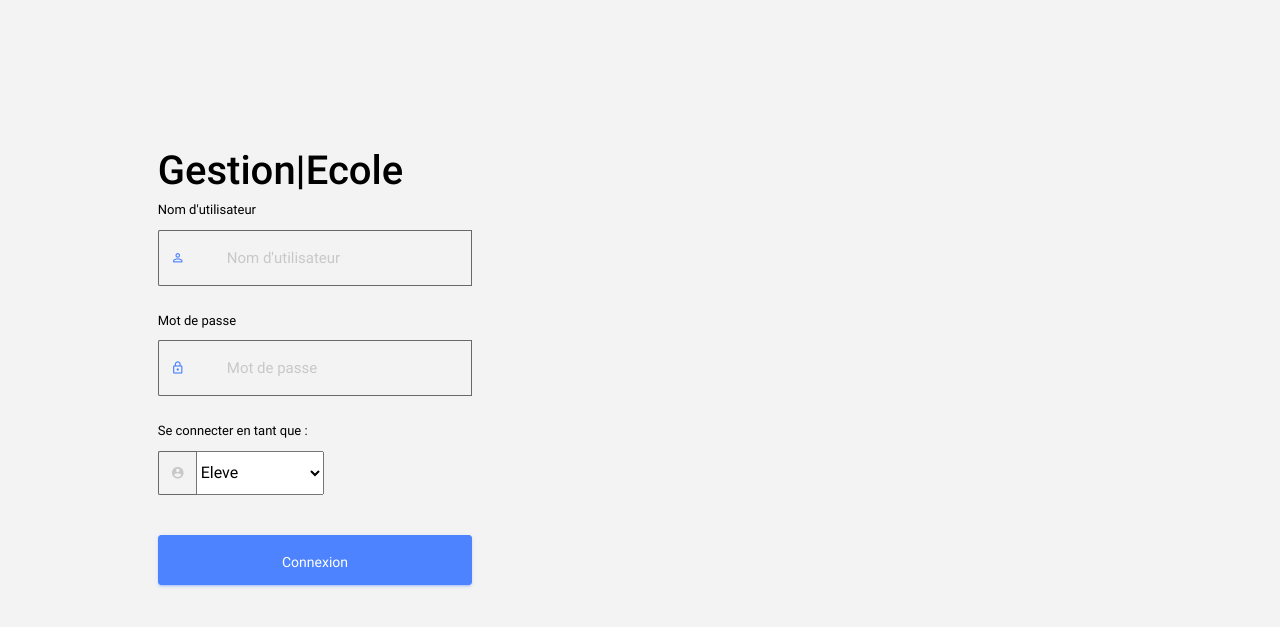
Repository: Ashley-23/ProjetFinal
Page: http://localhost/accueil
An editor plug-in stored every save of this project. The page is shown before and after a run of saves, followed by the edit.
The browser window is 1280 px wide. The pictures show the whole page.
The page is served by the project's Laravel application, run on PHP 8.4 with Laravel 8. Other server files are loaded and not shown.

Above is the page before, as saved 2021-09-23 16:10:20.
Console error: TypeError: $.cookie is not a function

### resources/views/connexion.blade.php
<!DOCTYPE html>
<html lang="en">

<head>
  <!-- Required meta tags -->
  <meta charset="utf-8">
  <meta name="viewport" content="width=device-width, initial-scale=1, shrink-to-fit=no">
  <title>Majestic Admin</title>
  <!-- plugins:css -->
  <link rel="stylesheet" href="{{asset('Majestic/vendors/mdi/css/materialdesignicons.min.css')}}">
  <link rel="stylesheet" href="{{asset('Majestic/vendors/base/vendor.bundle.base.css')}}">

  <!-- endinject -->
  <!-- plugin css for this page -->
  <!-- End plugin css for this page -->
  <!-- inject:css -->

  <link rel="stylesheet" href="{{asset('Majestic/css/style.css')}}">
  {{-- <link rel="stylesheet" href="{{asset('../../css/style.css')}}"> --}}
  <!-- endinject -->
  <link rel="shortcut icon" href="{{asset('Majestic/images/favicon.png')}}" />
  {{-- <link rel="shortcut icon" href="{{asset('../../images/favicon.png')}}" /> --}}
</head>

<body>

<style>
    .error {
        color: red;
        font-weight: bold;
        font-style: italic;
    }
</style>

  <div class="container-scroller">
    <div class="container-fluid page-body-wrapper full-page-wrapper">
      <div class="content-wrapper d-flex align-items-stretch auth auth-img-bg">
        <div class="row flex-grow">
          <div class="col-lg-6 d-flex align-items-center justify-content-center">
            <div class="auth-form-transparent text-left p-3">
         <form  action="{{route('loginController')}}">
              <div class="brand-logo">
                {{-- <img src="{{asset('Majestic/images/logo.svg')}}" alt="logo"> --}}
              </div>

              <h1>Gestion|Ecole</h1>

              {{-- <h4>Welcome back!</h4> --}}
              {{-- <h6 class="font-weight-light">Happy to see you again!</h6> --}}
              {{-- <form  action="{{route('loginController')}}"> --}}
                {{-- <form action="{{route('vue_superadmin_addclasse')}}" method="POST"> --}}
                <div class="form-group">
                  <label for="exampleInputEmail">Nom d'utilisateur</label>
                  <div class="input-group">
                    <div class="input-group-prepend bg-transparent">
                      <span class="input-group-text bg-transparent border-right-0">
                        <i class="mdi mdi-account-outline text-primary"></i>
                      </span>
                    </div>
                    <input type="text" class="form-control form-control-lg border-left-0" id="exampleInputEmail" placeholder="Nom d'utilisateur" name="login">
                  </div>
                  <p>{!! $errors->first('login','<span class="error">:message </span>') !!}</p>
                </div>
                <div class="form-group">
                  <label for="exampleInputPassword">Mot de passe</label>
                  <div class="input-group">
                    <div class="input-group-prepend bg-transparent">
                      <span class="input-group-text bg-transparent border-right-0">
                        <i class="mdi mdi-lock-outline text-primary"></i>
                      </span>
                    </div>
                    <input type="password" class="form-control form-control-lg border-left-0" id="exampleInputPassword" placeholder="Mot de passe" name="password">

                  </div>
                  {!! $errors->first('password','<span class="error">:message </span>') !!}
                </div>

                <div class="form-group">
                    <label for="exampleInputPassword">Se connecter en tant que : </label>
                    <div class="input-group">
                      <div class="input-group-prepend bg-transparent">
                        <span class="input-group-text bg-transparent border-right-0">
                            <i class="mdi mdi-account-circle"></i>
                          {{-- <i class="mdi mdi-lock-outline text-primary"></i> --}}
                        </span>
                      </div>
                      {{-- <input type="password" class="form-control form-control-lg border-left-0" id="exampleInputPassword" placeholder="Password">                         --}}
                      <select name="role" id="" >
                        <option value="eleve">Eleve</option>
                        <option value="parent">Parent</option>
                        <option value="professeur">Professeur</option>
                        <option value="administrateur">Administrateur</option>
                        <option value="etablissement">Etablissement</option>
                        {{-- <option value=""></option> --}}
                    </select>

                    </div>
                    {!! $errors->first('role','<span class="error">:message </span>') !!}
                  </div>

                    <div class="my-2 d-flex justify-content-between align-items-center">
                        @if($erreur != null)
                            <div class="alert alert-danger">{{$erreur}}</div>
                        @endif


                </div>
                <div class="my-3">
                  {{-- <a class="btn btn-block btn-primary btn-lg font-weight-medium auth-form-btn" href="{{route('loginController')}}">LOGIN</a> --}}
                  <button class="btn btn-block btn-primary btn-lg font-weight-medium auth-form-btn">Connexion</button>
                </div>


        </form>
            </div>
          </div>
          <div class="col-lg-6 login-half-bg d-flex flex-row">
            <p class="text-white font-weight-medium text-center flex-grow align-self-end">Copyright &copy; 2020  All rights reserved.</p>
          </div>
        </div>
      </div>
      <!-- content-wrapper ends -->
    </div>
    <!-- page-body-wrapper ends -->
  </div>
  <!-- container-scroller -->
  <!-- plugins:js -->
  <script src="{{asset('Majestic/vendors/base/vendor.bundle.base.js')}}"></script>
  <!-- endinject -->
  <!-- inject:js -->
  <script src="{{asset('Majestic/js/off-canvas.js')}}"></script>
  <script src="{{asset('Majestic/js/hoverable-collapse.js')}}"></script>
  <script src="{{asset('Majestic/js/template.js')}}"></script>
  <!-- endinject -->
</body>

</html>

Loaded but not shown: routes/auth.php (common file); app/Http/Controllers/Controller.php (common file); public/Majestic/vendors/mdi/css/materialdesignicons.min.css (library); public/Majestic/vendors/base/vendor.bundle.base.css (common file); public/Majestic/css/style.css (library); public/Majestic/vendors/base/vendor.bundle.base.js (library); public/Majestic/js/off-canvas.js (common file); public/Majestic/js/template.js (75 lines, source omitted); public/Majestic/js/hoverable-collapse.js (25 lines, source omitted); app/Http/Controllers/loginController.php (318 lines, source omitted); routes/web.php (624 lines, source omitted)

After the next 4 saves:
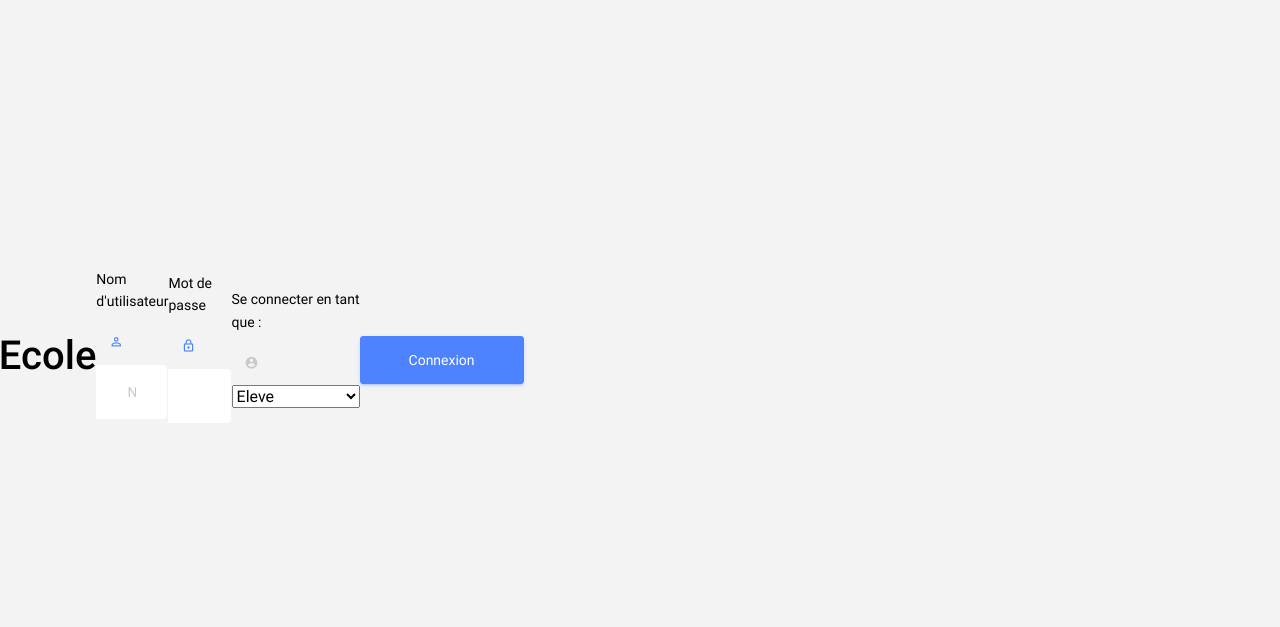
The 4 saves are shown as one change because they came seconds apart.
The last was saved 10 s later.
--- a/resources/views/connexion.blade.php
+++ b/resources/views/connexion.blade.php
@@ -38,7 +38,7 @@
         <div class="row flex-grow">
           <div class="col-lg-6 d-flex align-items-center justify-content-center">
             <div class="auth-form-transparent text-left p-3">
-         <form  action="{{route('loginController')}}">
+         <form  action="{{route('loginController')}}" method="POST"
               <div class="brand-logo">
                 {{-- <img src="{{asset('Majestic/images/logo.svg')}}" alt="logo"> --}}
               </div>

After the save that followed:
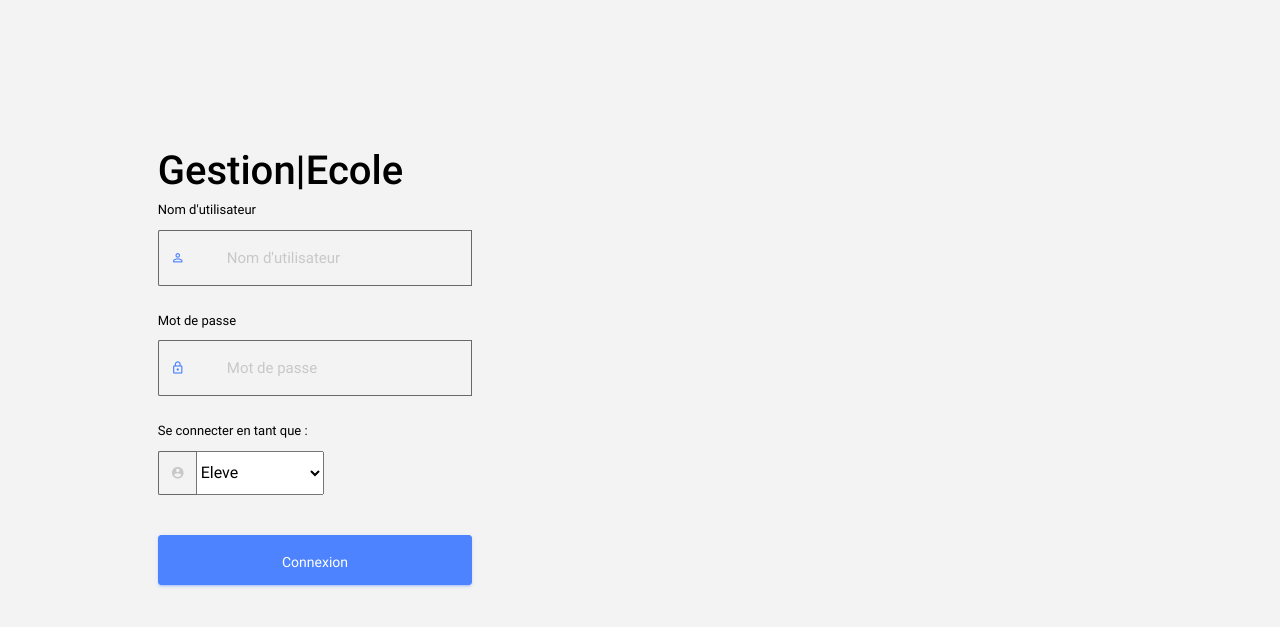
Saved 21 s later.
--- a/resources/views/connexion.blade.php
+++ b/resources/views/connexion.blade.php
@@ -38,7 +38,7 @@
         <div class="row flex-grow">
           <div class="col-lg-6 d-flex align-items-center justify-content-center">
             <div class="auth-form-transparent text-left p-3">
-         <form  action="{{route('loginController')}}" method="POST"
+         <form  action="{{route('loginController')}}" method="POST">
               <div class="brand-logo">
                 {{-- <img src="{{asset('Majestic/images/logo.svg')}}" alt="logo"> --}}
               </div>
